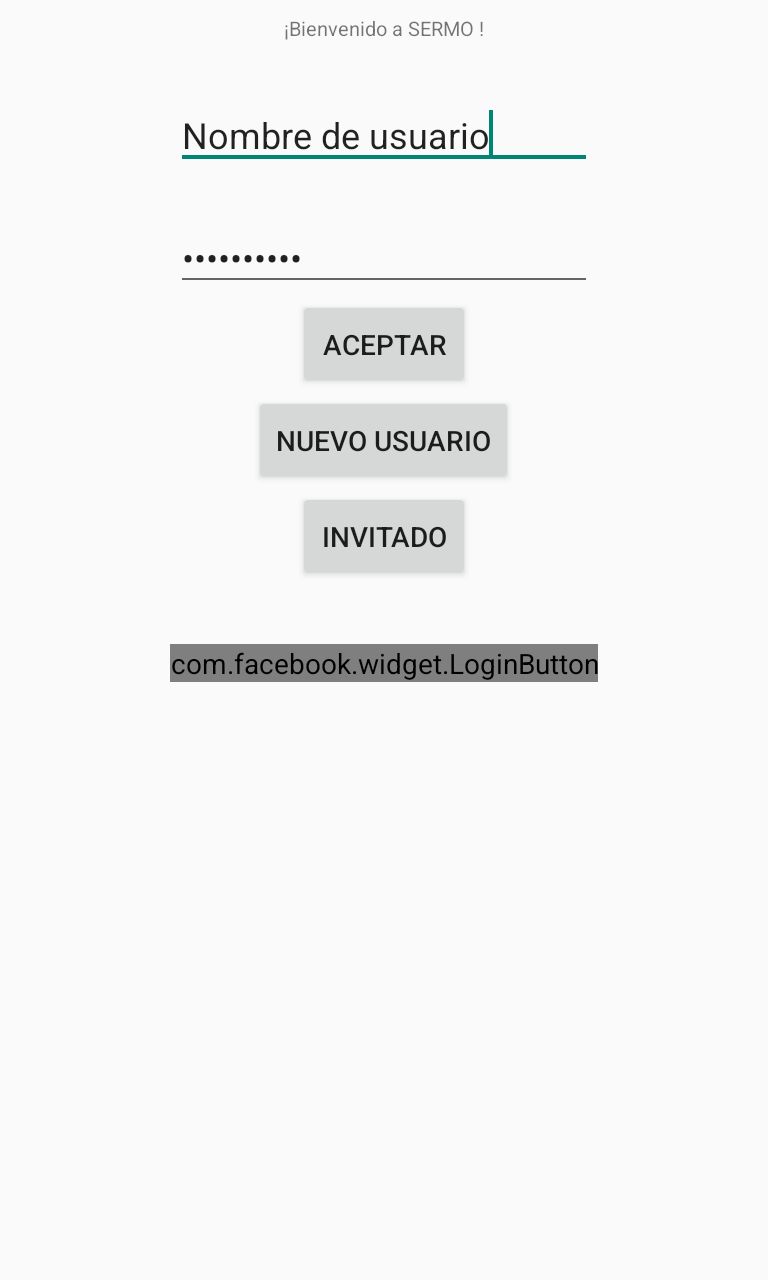
Repository: MVidi/juegos
Layout: SermoJuego/res/layout/pantallaprimera.xml
These files come from the project's save history. The layout is drawn as it stood at one moment and after the next save; the edit follows.
Pictures or frames that could not be fetched are drawn as grey boxes. It is drawn on a 768 x 1280 px phone screen (xhdpi) without system bars, with theme AppTheme; the app's code is not run.

Above is the layout before, as saved 2014-08-11 16:07:45.

After the next save:
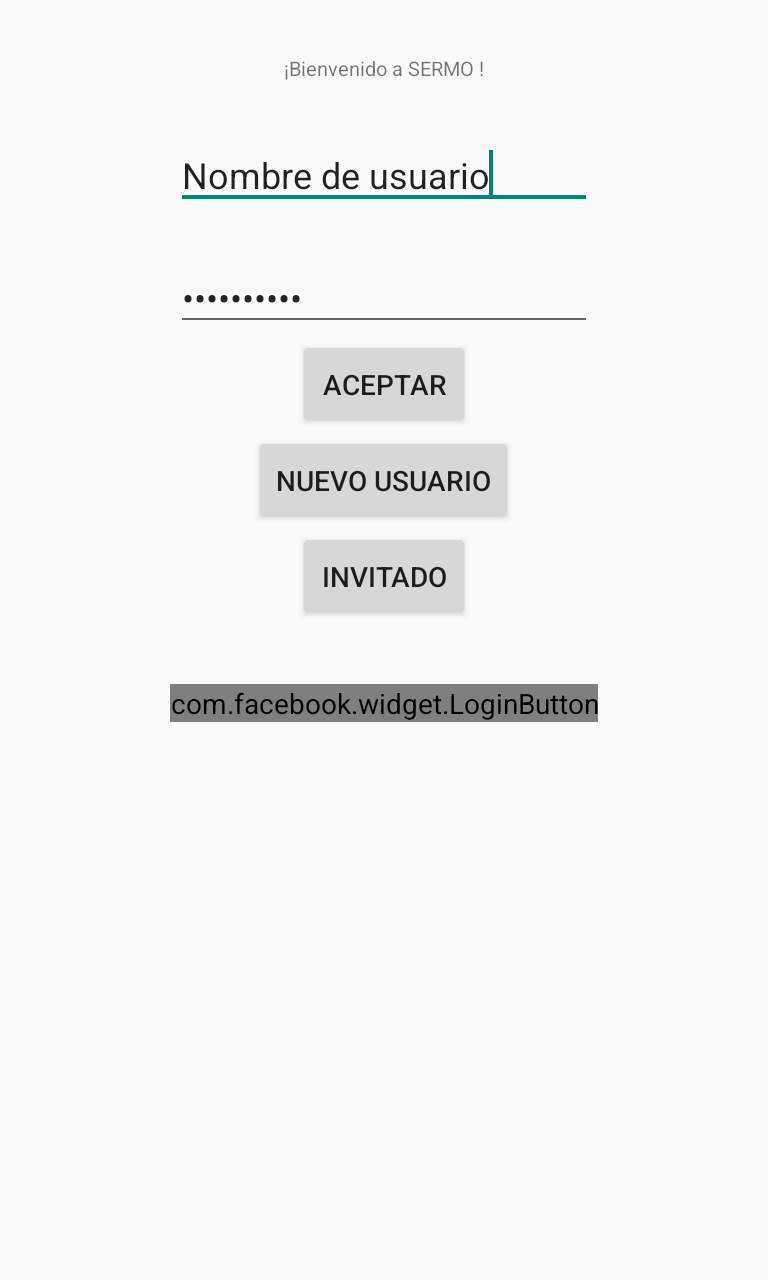
Saved 59 s later.
--- a/SermoJuego/res/layout/pantallaprimera.xml
+++ b/SermoJuego/res/layout/pantallaprimera.xml
@@ -12,7 +12,7 @@
         android:layout_height="wrap_content"
         android:layout_alignParentTop="true"
         android:layout_centerHorizontal="true"
-        android:layout_marginTop="7dp"
+        android:layout_marginTop="27dp"
         android:text="@string/juego"
         android:textSize="10sp" />
 
